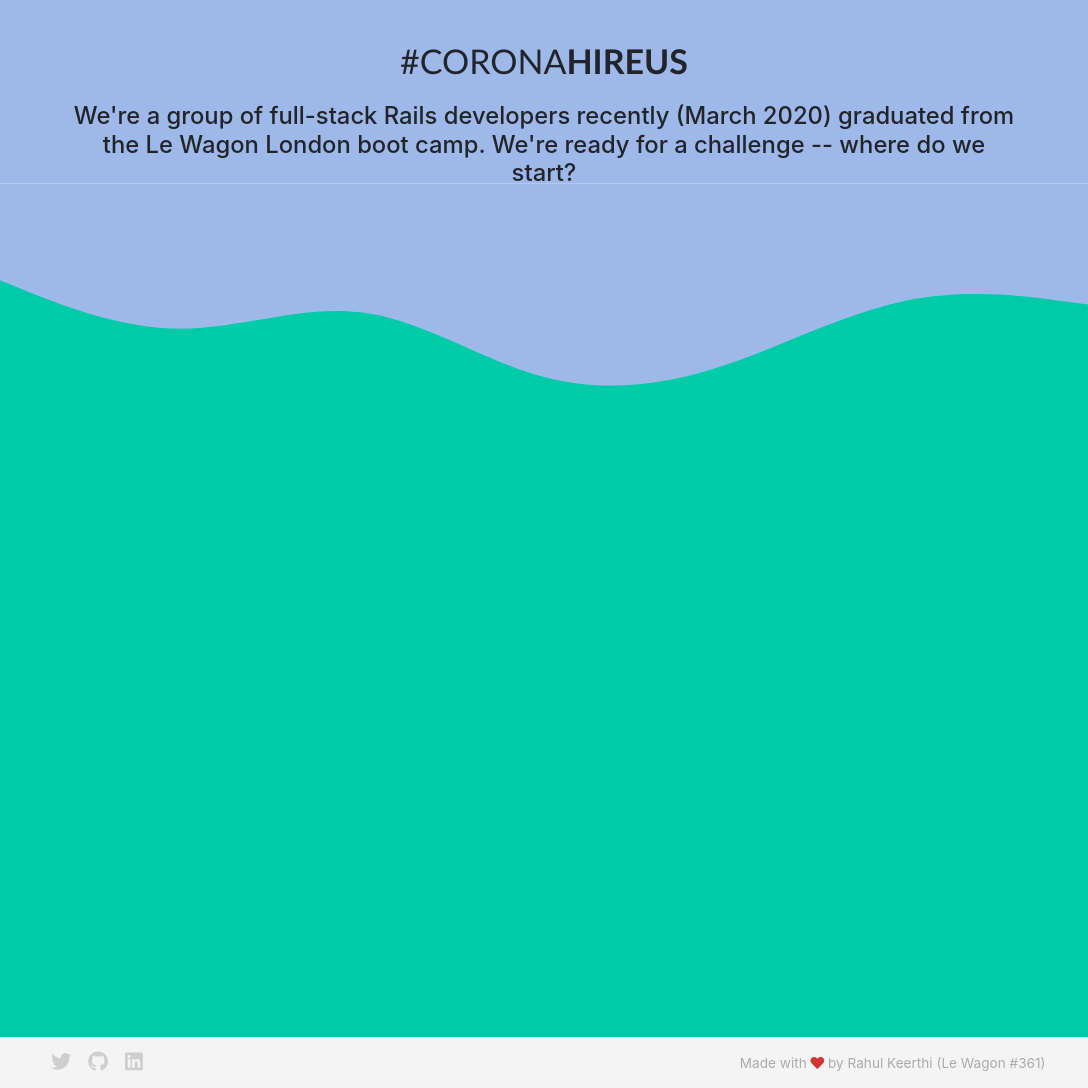
Repository: rahulkeerthi/coronahireus
Page: index.html
The author's editor kept a copy of each file at every save. The page is drawn from the files as they stood at one save, then again after the next save.
The browser window is 1280 px wide. The pictures show the whole page, at 85% of full size.
Some web libraries are served in a nearby version.

Above is the page before, as saved 2020-03-27 23:11:16.

### index.html
<!DOCTYPE html>
<html lang="en">
<head>
    <meta charset="UTF-8">
    <meta name="viewport" content="width=device-width, initial-scale=1.0">
    <meta http-equiv="X-UA-Compatible" content="IE=edge">
    <title>Corona-Hire-Us</title>
    <link rel="stylesheet" href="style.css">
    <script src="main.js" defer></script>
    <link rel="shortcut icon" href="data:[embedded picture, 18 characters]" type="image/x-icon">
    <link rel="stylesheet" href="https://use.fontawesome.com/releases/v5.0.10/css/all.css">
    <link rel="stylesheet" href="https://stackpath.bootstrapcdn.com/bootstrap/4.3.1/css/bootstrap.min.css">
  </head>
<body>
    <div>
        <div class="wrapper">
            <div class="sky text-center">
                <h1 class="pt-5">#CORONA<strong>HIREUS</strong></h1>
                <h3 class="container py-3">We're a group of full-stack Rails developers recently (March 2020) graduated from the Le Wagon London boot camp. We're ready for a challenge -- where do we start?</h3>
            </div>
            <div class="hills">
                <svg xmlns="http://www.w3.org/2000/svg" viewBox="0 0 1440 320"><path fill="#00cba9" fill-opacity="1" d="M0,128L40,144C80,160,160,192,240,192C320,192,400,160,480,170.7C560,181,640,235,720,256C800,277,880,267,960,240C1040,213,1120,171,1200,154.7C1280,139,1360,149,1400,154.7L1440,160L1440,320L1400,320C1360,320,1280,320,1200,320C1120,320,1040,320,960,320C880,320,800,320,720,320C640,320,560,320,480,320C400,320,320,320,240,320C160,320,80,320,40,320L0,320Z"></path></svg>
            </div>
            <div class="field">
            </div>
        </div>
    </div>
    <div class="footer">
        <div class="footer-links">
            <a href="https://twitter.com/CoronaHire"><i class="fab fa-twitter"></i></a>
            <a href="https://github.com/rahulkeerthi/coronahireus"><i class="fab fa-github"></i></a>
            <a href="#"><i class="fab fa-linkedin"></i></a>
        </div>
        <div class="footer-copyright">
          Made with <i class="fas fa-heart"></i> by Rahul Keerthi (Le Wagon #361)
        </div>
      </div>
</body>
</html>

### style.css
body p {
    font-family: 'Lucida Sans', 'Lucida Sans Regular', 'Lucida Grande', 'Lucida Sans Unicode', Geneva, Verdana, sans-serif;
}

body h1 {
    font-family: 'Gill Sans', 'Gill Sans MT', Calibri, 'Trebuchet MS', sans-serif;
}

body h2 {

}

.wrapper {
    /* position: relative; */
}

.sky {
    background-color: #9eb8e9;
    height: 30vh;
}

.hills {
    background-color: #9eb8e9;
}

.field {
    background-color: #00cba9;
    height: 100vh;
}

/* FOOTER, BASED ON LE WAGON UI KIT */

.footer {
    background: #F4F4F4;
    display: flex;
    align-items: center;
    justify-content: space-between;
    height: 60px;
    padding: 0px 50px;
    color: rgba(0,0,0,0.3);
  }
  .footer-links {
    display: flex;
    align-items: center;
  }
  .footer-links a {
    color: black;
    opacity: 0.15;
    text-decoration: none;
    font-size: 24px;
    padding: 0px 10px;
  }
  .footer-links a:hover {
    color: #016151;
    opacity: 1;
  }
  .footer .fa-heart {
    color: #D23333;
  }

Loaded but not shown: main.js (no copy from this time; the picture is the same without it)

After the next save:
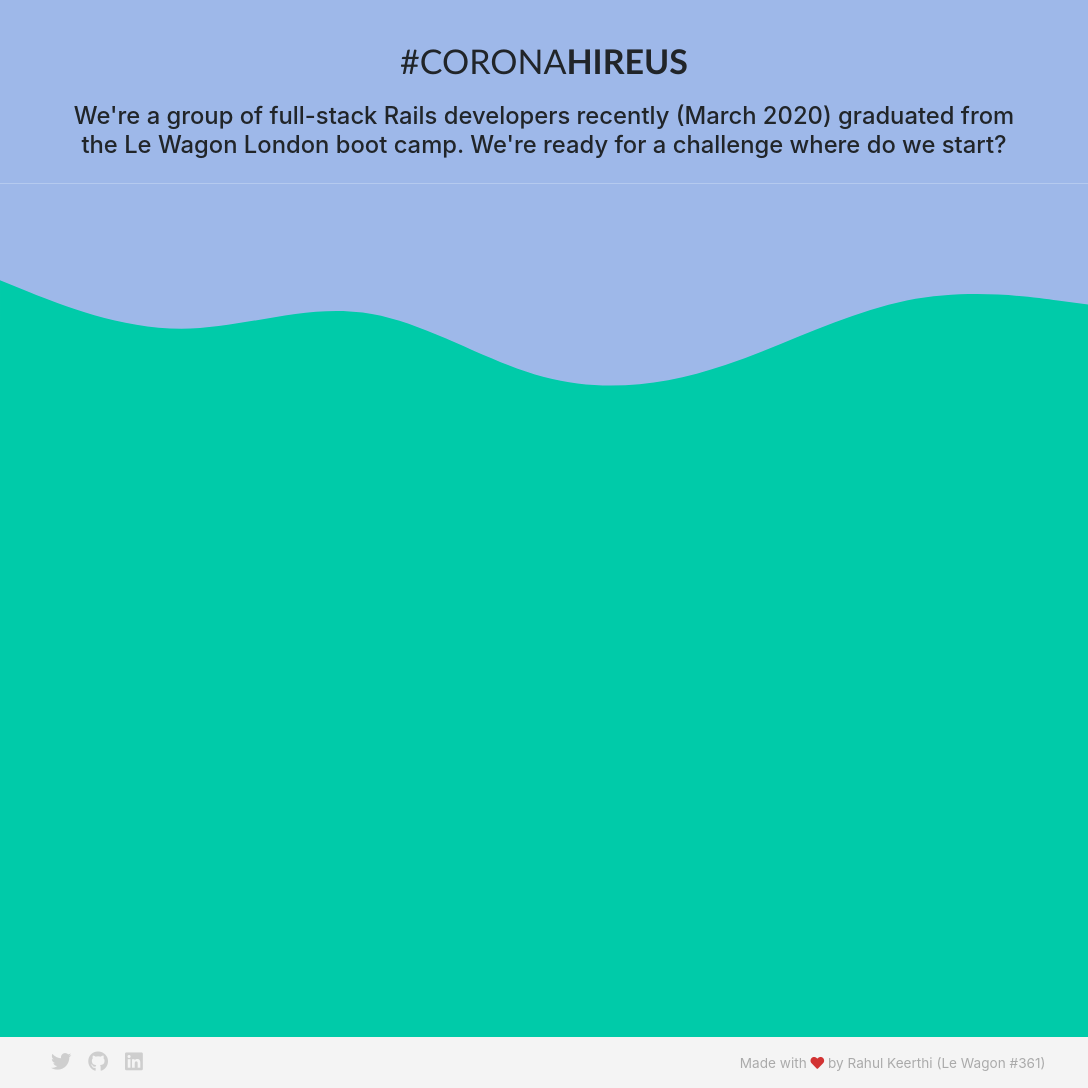
Saved 8 s later.
--- a/index.html
+++ b/index.html
@@ -16,7 +16,7 @@
         <div class="wrapper">
             <div class="sky text-center">
                 <h1 class="pt-5">#CORONA<strong>HIREUS</strong></h1>
-                <h3 class="container py-3">We're a group of full-stack Rails developers recently (March 2020) graduated from the Le Wagon London boot camp. We're ready for a challenge -- where do we start?</h3>
+                <h3 class="container py-3">We're a group of full-stack Rails developers recently (March 2020) graduated from the Le Wagon London boot camp. We're ready for a challenge  where do we start?</h3>
             </div>
             <div class="hills">
                 <svg xmlns="http://www.w3.org/2000/svg" viewBox="0 0 1440 320"><path fill="#00cba9" fill-opacity="1" d="M0,128L40,144C80,160,160,192,240,192C320,192,400,160,480,170.7C560,181,640,235,720,256C800,277,880,267,960,240C1040,213,1120,171,1200,154.7C1280,139,1360,149,1400,154.7L1440,160L1440,320L1400,320C1360,320,1280,320,1200,320C1120,320,1040,320,960,320C880,320,800,320,720,320C640,320,560,320,480,320C400,320,320,320,240,320C160,320,80,320,40,320L0,320Z"></path></svg>
